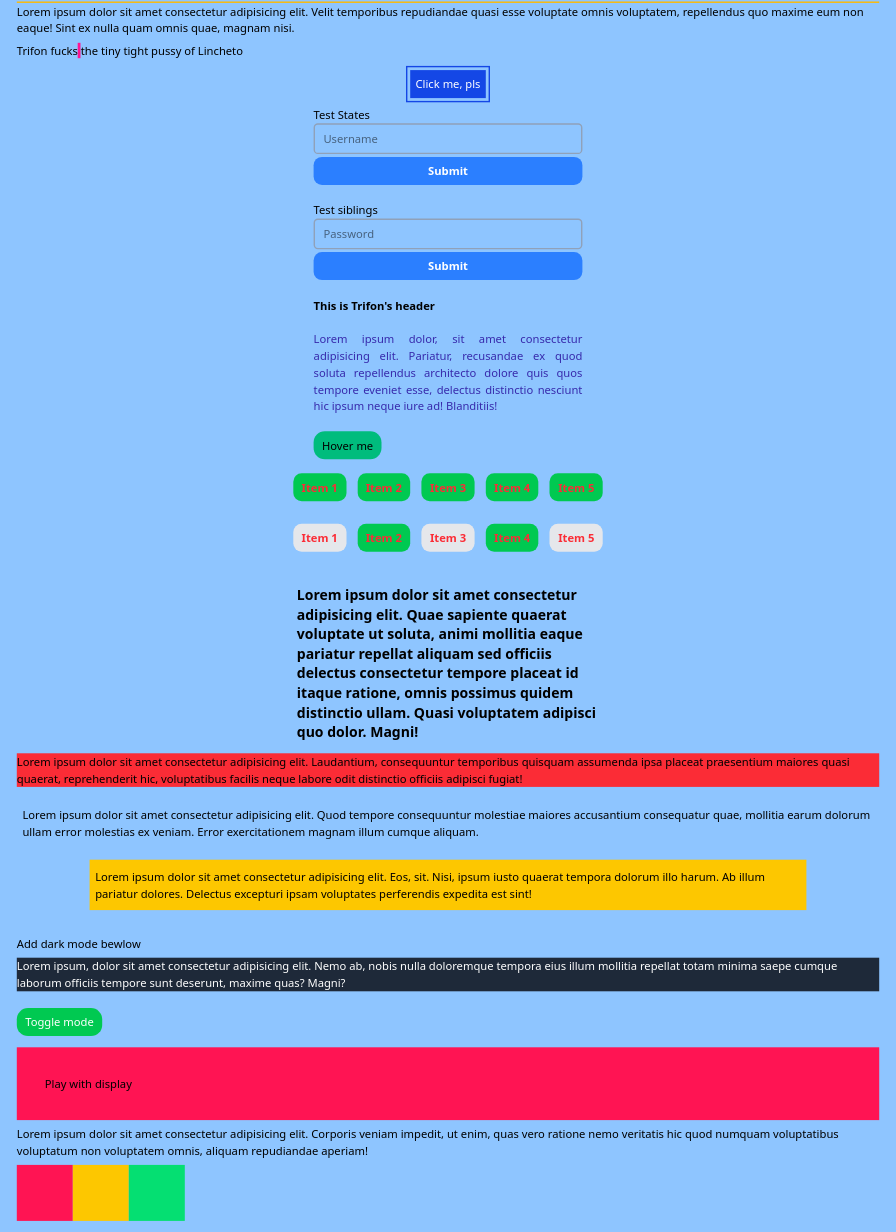
Repository: DinTri/TailwindCss
Page: index.html
The author's editor kept a copy of each file at every save. The page is drawn from the files as they stood at one save, then again after the next save.
The browser window is 1280 px wide. The pictures show the part of the page from y = 2393 to 4313 px (the page is 4153 px tall before and 4313 px after), at 70% of full size.
Some web fonts or font styles are not loaded; a fallback is used.

Above is the page before, as saved 2025-06-16 00:31:27.

After the next save:
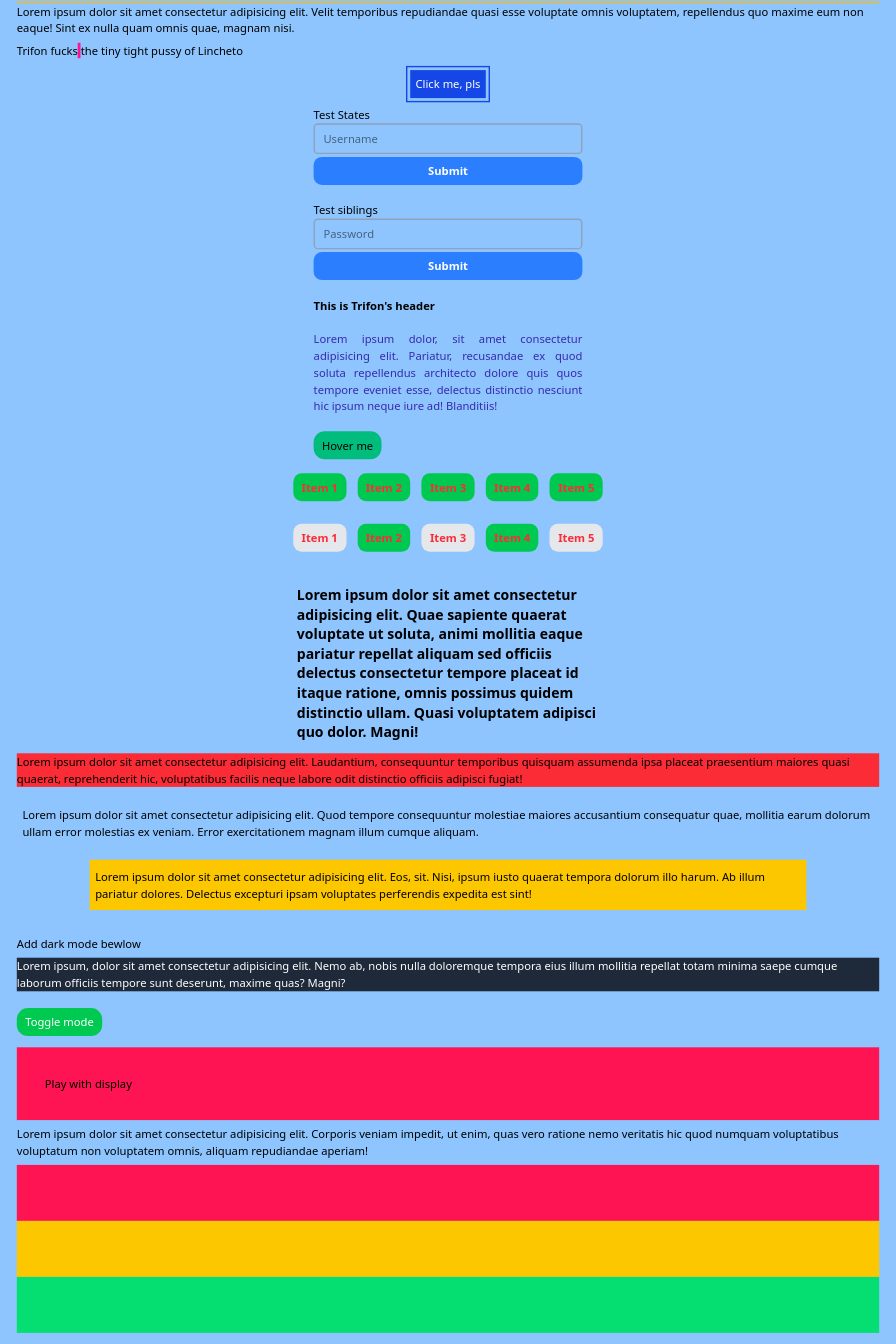
Saved 42 s later.
--- a/index.html
+++ b/index.html
@@ -156,7 +156,7 @@
   <button class="dark:text-white mt-4 bg-green-500 px-3 py-2 rounded-2xl mb-4" onClick="document.documentElement.classList.toggle('dark')">Toggle mode</button>
   <div class="bg-[#ff1453] p-10">Play with display</div>
   <p class="">Lorem ipsum dolor sit amet consectetur adipisicing elit. Corporis veniam impedit, ut enim, quas vero ratione nemo veritatis hic quod numquam voluptatibus voluptatum non voluptatem omnis, aliquam repudiandae aperiam!</p>
-  <div class="flex">
+  <div class="grid">
     <div class="p-10 bg-[#ff1453]"></div>
     <div class="p-10 bg-yellow-400"></div>
     <div class="p-10 bg-green-400"></div>

After the save that followed:
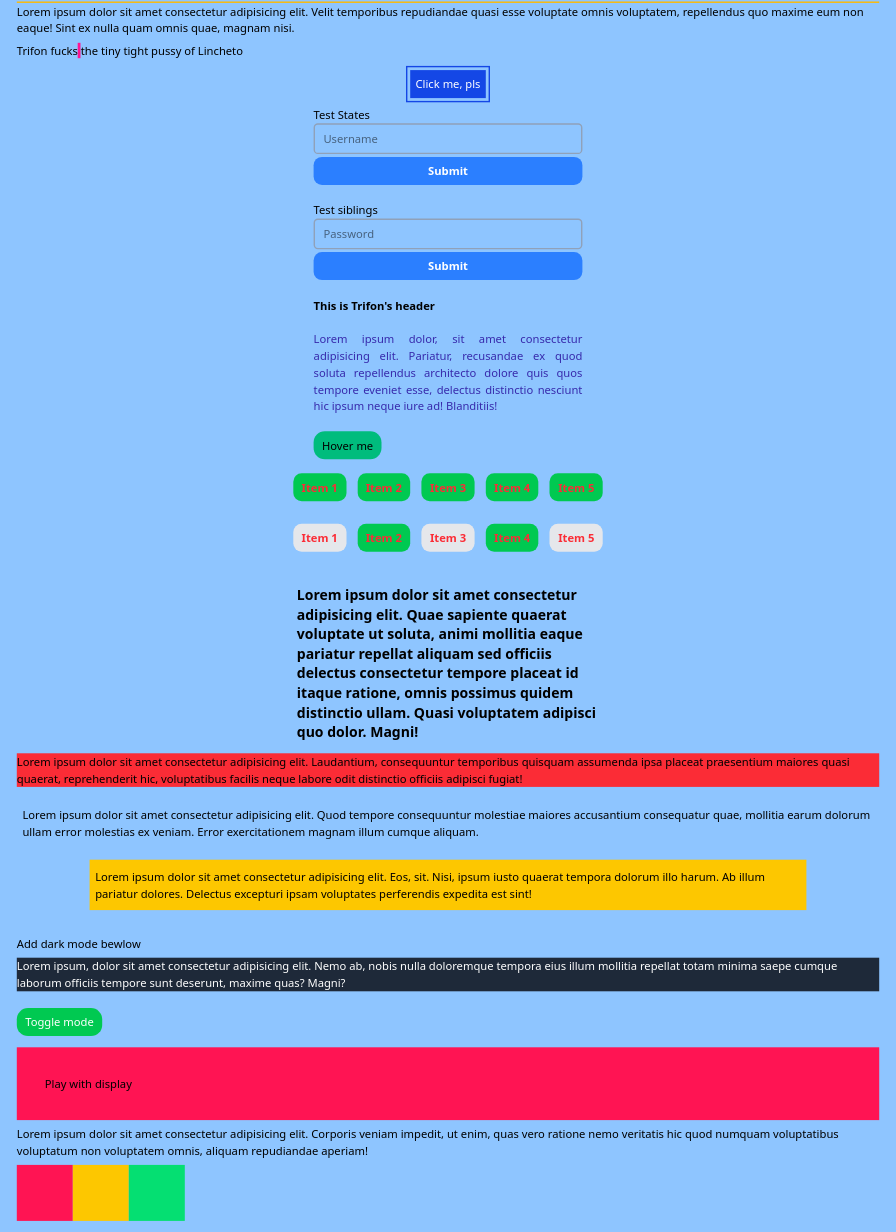
Saved 68 s later.
--- a/index.html
+++ b/index.html
@@ -156,7 +156,7 @@
   <button class="dark:text-white mt-4 bg-green-500 px-3 py-2 rounded-2xl mb-4" onClick="document.documentElement.classList.toggle('dark')">Toggle mode</button>
   <div class="bg-[#ff1453] p-10">Play with display</div>
   <p class="">Lorem ipsum dolor sit amet consectetur adipisicing elit. Corporis veniam impedit, ut enim, quas vero ratione nemo veritatis hic quod numquam voluptatibus voluptatum non voluptatem omnis, aliquam repudiandae aperiam!</p>
-  <div class="grid">
+  <div class="flex">
     <div class="p-10 bg-[#ff1453]"></div>
     <div class="p-10 bg-yellow-400"></div>
     <div class="p-10 bg-green-400"></div>
